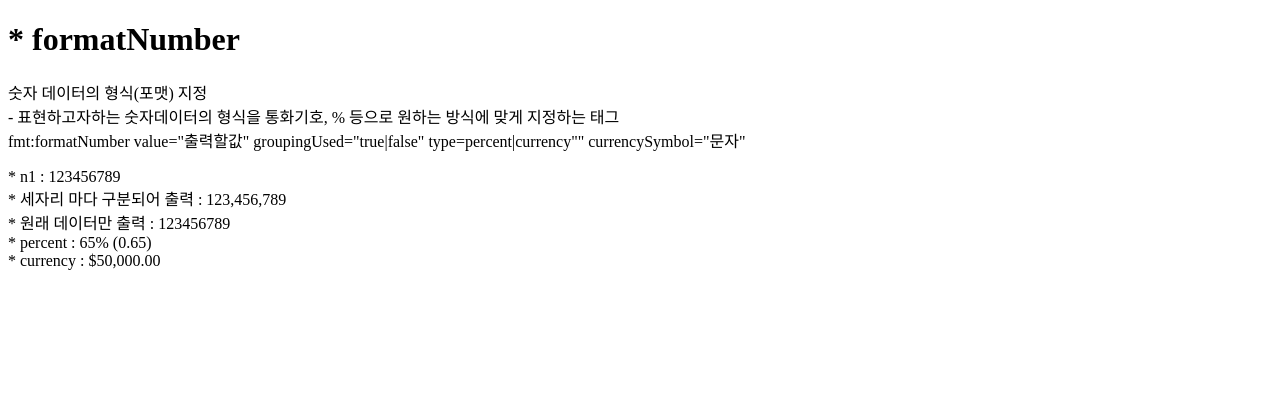
Repository: kkh1396/kh_front
Page: http://localhost/2_jsp/views/4_CustomAction/3_fmt.jsp
The author's editor kept a copy of each file at every save. The page is drawn from the files as they stood at one save, then again after the next save.
The browser window is 1280 px wide. The pictures show the whole page.
The page is served by Tomcat 9. Nobody is signed in. The application's start-up code is not run.

Above is the page before, as saved 2025-03-21 06:48:04.

After the next save:
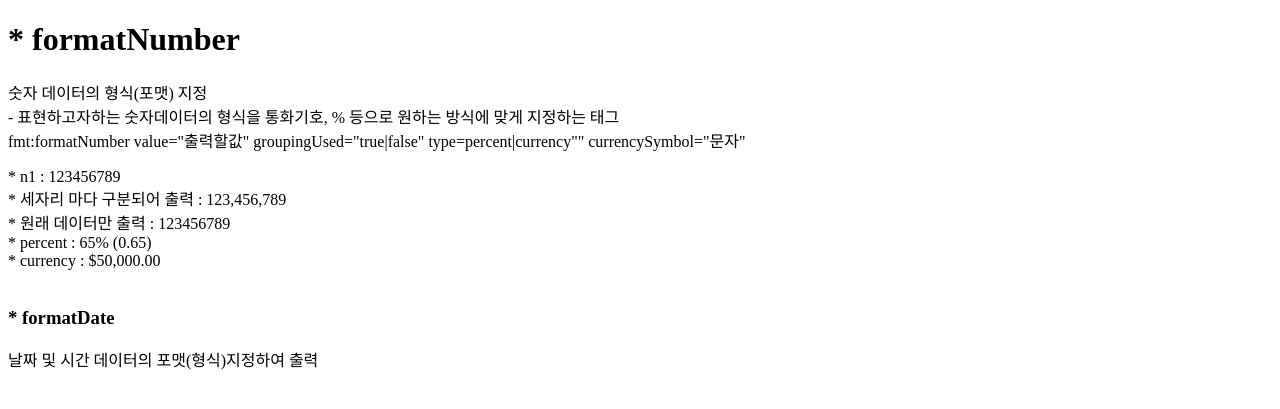
Saved 81 s later.
--- a/05_server/2_jsp/src/main/webapp/views/4_CustomAction/3_fmt.jsp
+++ b/05_server/2_jsp/src/main/webapp/views/4_CustomAction/3_fmt.jsp
@@ -40,11 +40,10 @@
 		* currency : <fmt:formatNumber value="${ n3 }" type="currency"
 										currencySymbol="$"/>
 
+		<br><br>
 
-
-
-
-
+		<h3>* formatDate</h3>
+		<p>날짜 및 시간 데이터의 포맷(형식)지정하여 출력</p>
 
 </body>
 </html>
